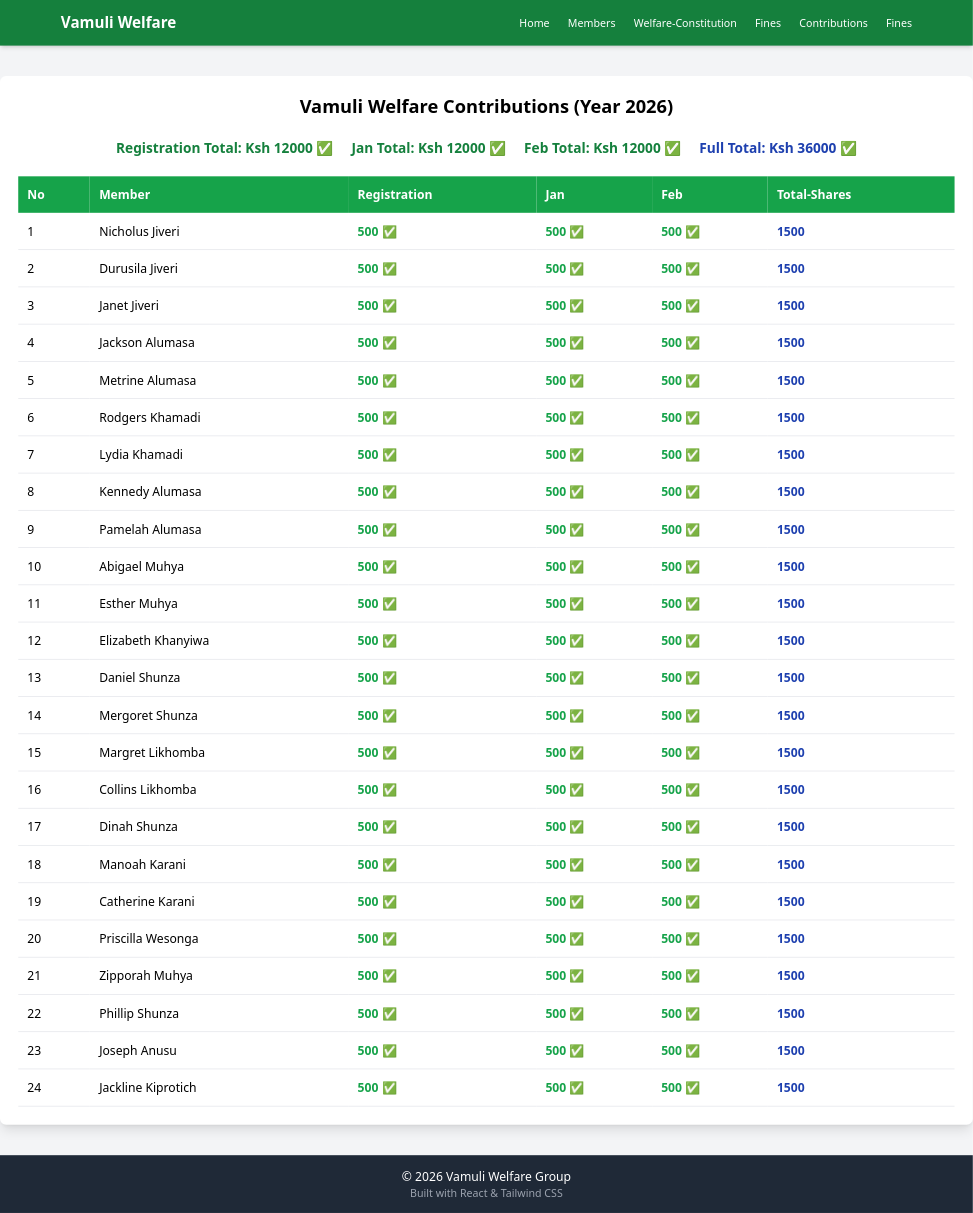
Repository: Engineer-collo/Vamuli-welfare
Page: /contributions
These files come from the project's save history. The page is drawn as it stood at one moment and after the next save; the edit follows.
The browser window is 1280 px wide. The pictures show the whole page, at 76% of full size.
The project was rebuilt for these pictures with package versions that can differ from the ones it lists, and the page was loaded fresh each time. Also part of the build but not shown: vite.config.js, src/pages/Home.jsx, src/pages/Members.jsx, src/pages/FinesTable.jsx, src/pages/WelfareConstituion.jsx.

Above is the page before, as saved 2026-03-16 11:49:12.

After the next save:
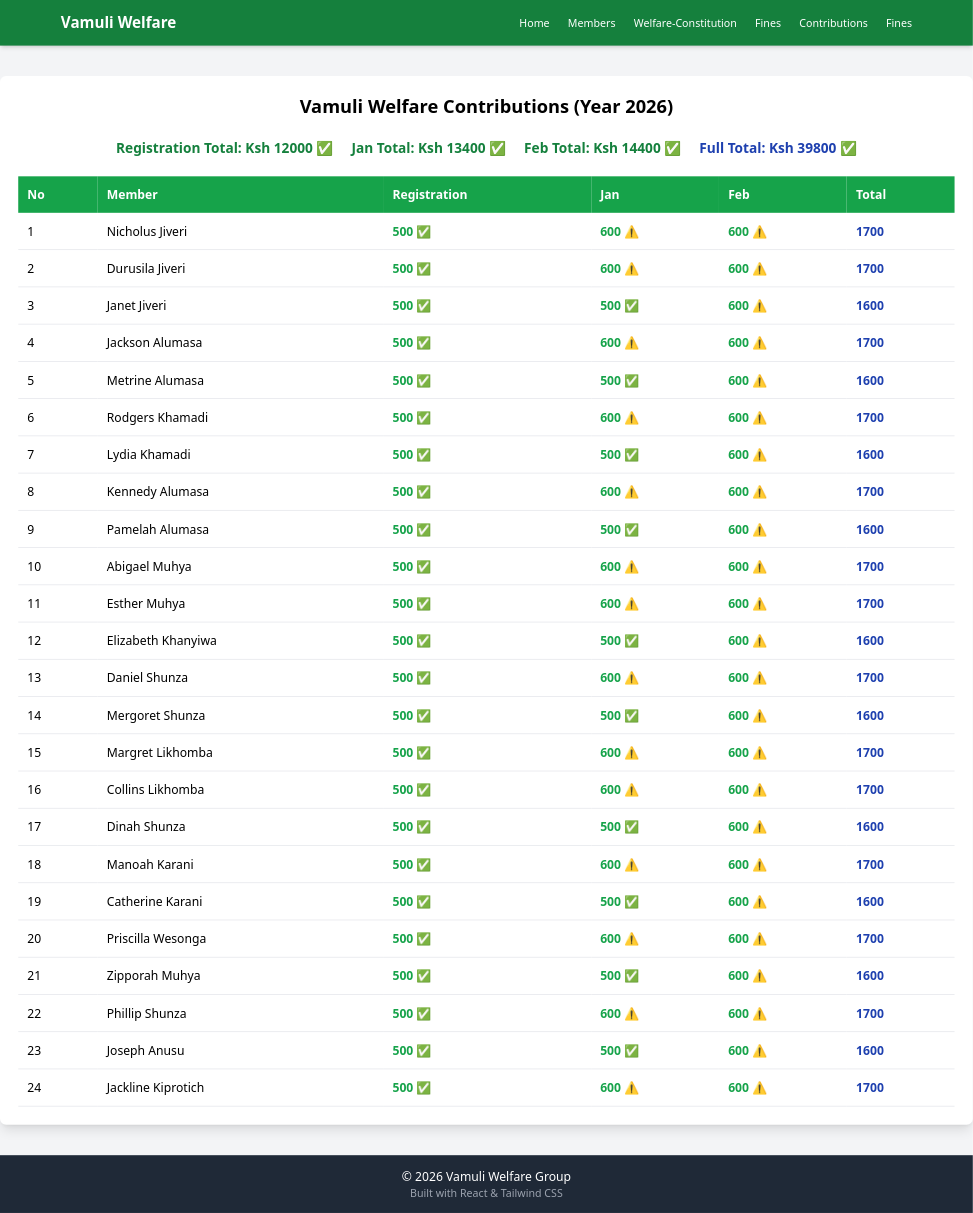
Saved 13 min 40 s later.
--- a/src/pages/ContributionsTable.jsx
+++ b/src/pages/ContributionsTable.jsx
@@ -3,10 +3,11 @@ import contributionsData from "./contributionsData";
 
 const LATE_FINE = 100;
 
-// Extract months dynamically (all except id, name, role, and PaidDate fields)
+// Extract months dynamically (exclude id, name, role, and PaidDate fields)
 const months = Object.keys(contributionsData[0]).filter(
   (key) =>
-    !["id", "name", "role"].includes(key) && !key.toLowerCase().includes("paiddate")
+    !["id", "name", "role"].includes(key) &&
+    !key.toLowerCase().includes("paiddate")
 );
 
 // Calculate totals per month including fines
@@ -15,27 +16,34 @@ months.forEach((month) => {
   totals[month] = contributionsData.reduce((sum, c) => {
     const paidDateKey = month + "PaidDate";
     let value = c[month] || 0;
-    if (c[paidDateKey] && c[paidDateKey] < 5) {
-      value += LATE_FINE; // add fine
+
+    // Add fine only for monthly contributions, registration is never fined
+    if (month !== "registration" && c[paidDateKey] && c[paidDateKey] > 5) {
+      value += LATE_FINE;
     }
+
     return sum + value;
   }, 0);
 });
 
-// Calculate grand total per member
+// Calculate grand total per member including fines
 const contributionsWithTotals = contributionsData.map((c) => {
   const total = months.reduce((sum, month) => {
+    let value = c[month] || 0;
     const paidDateKey = month + "PaidDate";
-    let value = c[month] || 0;
-    if (c[paidDateKey] && c[paidDateKey] < 5) {
+
+    // Apply fine only for monthly contributions
+    if (month !== "registration" && c[paidDateKey] && c[paidDateKey] > 5) {
       value += LATE_FINE;
     }
+
     return sum + value;
   }, 0);
+
   return { ...c, total };
 });
 
-// Full total
+// Calculate full total for all members
 const fullTotal = contributionsWithTotals.reduce((sum, c) => sum + c.total, 0);
 
 function ContributionsTable() {
@@ -45,6 +53,7 @@ function ContributionsTable() {
         Vamuli Welfare Contributions (Year 2026)
       </h2>
 
+      {/* Totals */}
       <div className="flex flex-wrap justify-center gap-6 mb-6 text-lg font-semibold">
         {months.map((month) => (
           <span key={month} className="text-green-700">
@@ -54,6 +63,7 @@ function ContributionsTable() {
         <span className="text-blue-800 font-bold">Full Total: Ksh {fullTotal} ✅</span>
       </div>
 
+      {/* Table */}
       <table className="w-full border-collapse">
         <thead>
           <tr className="bg-green-600 text-white">
@@ -64,7 +74,7 @@ function ContributionsTable() {
                 {month.charAt(0).toUpperCase() + month.slice(1)}
               </th>
             ))}
-            <th className="p-3 text-left">Total-Shares</th>
+            <th className="p-3 text-left">Total</th>
           </tr>
         </thead>
 
@@ -76,13 +86,17 @@ function ContributionsTable() {
               {months.map((month) => {
                 const paidDateKey = month + "PaidDate";
                 let value = c[month] || 0;
-                const late = c[paidDateKey] && c[paidDateKey] < 5;
+
+                // Apply fine only for monthly contributions
+                const late = month !== "registration" && c[paidDateKey] && c[paidDateKey] > 5;
                 if (late) value += LATE_FINE;
 
                 return (
                   <td
                     key={month}
-                    className={`p-3 font-semibold ${value > 0 ? "text-green-600" : "text-red-600"}`}
+                    className={`p-3 font-semibold ${
+                      value > 0 ? "text-green-600" : "text-red-600"
+                    }`}
                   >
                     {value} {late ? "⚠️" : "✅"}
                   </td>
